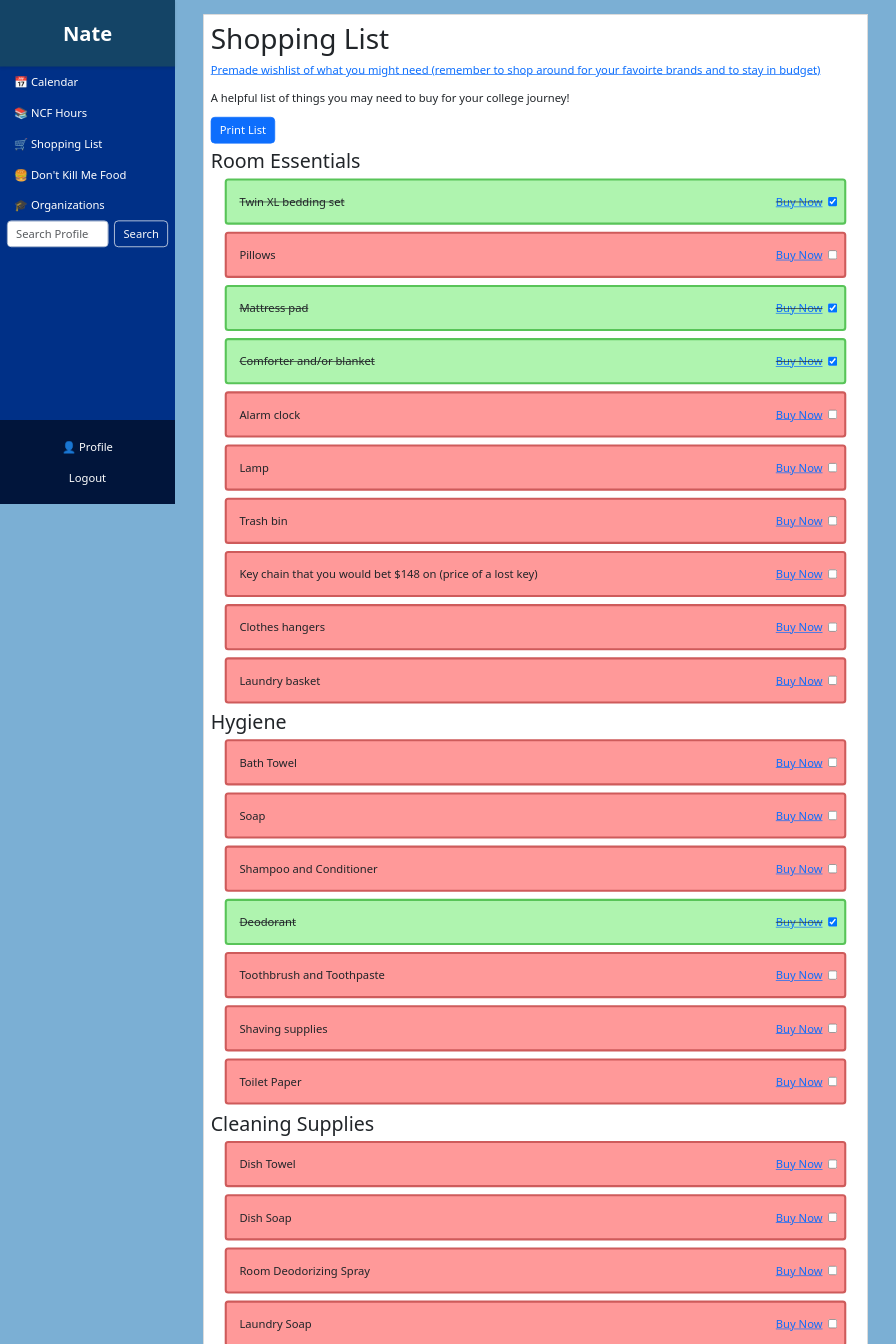
Repository: NateClarkTech/SoftwareEngineeringProject2
Page: http://localhost/shoppinglist/
An editor plug-in stored every save of this project. The page is shown before and after the next save, followed by the edit.
The browser window is 1280 px wide. The pictures show the part of the page from y = 0 to 1920 px (the page is 4421 px tall), at 70% of full size.
The page is served by the project's application, run on Django 5.2 (manage.py). The first stored user is signed in. Other server files are loaded and not shown. The page reads the database file committed with the project.

Above is the page before, as saved 2024-03-12 18:03:30.

### ShoppingList/templates/shoppinglist.html
{% extends 'base.html' %}

{% load static %}

{% block title %}Shopping List{% endblock %}

{% block extendHeader %}
<style>
    .item-box {
        border: 1px solid #ccc;
        padding: 10px;
        margin-bottom: 10px;
        margin-left: 20px;
        margin-right: 20px;
        background-color: white;
    }

    .checked {
        text-decoration: line-through;
        border-color: #58c458;
        border-radius: 5px;
        border-width: 3px;
        background-color: #aff4af;
    }

    .not-checked {
        text-decoration: none;
        border-color: #ce5b5b;
        border-radius: 5px;
        border-width: 3px;
        background-color: #ff9999;
    }
</style>
{% endblock %}

{% block content %}
<div class="align-items-center">
    {% if user.is_authenticated %}
    <div class="item-box">
        <h1>Shopping List</h1>
        <a href="https://www.amazon.com/hz/wishlist/ls/1MYC1SQ5AHTOC?ref_=wl_share" target="_blank">Premade wishlist of what you might need (remember to shop around for your favoirte brands and to stay in budget)</a>
        <p class="pt-3">A helpful list of things you may need to buy for your college journey!</p>
        <button type="button" class="btn btn-primary btn-small mb-2">Print List</button>
        {% for category in itemCategories %}
            <h3>{{ category }}</h3>
            {% for item in shoppingItems %}
                {% if item.category == category %}
                    <div class="item-box d-flex {% if item.checked %}checked{%else%}not-checked{% endif %}">
                        <label for="item-{{ forloop.counter }}" class="flex-grow-1 p-2">{{ item.name }}</label>
                        <a href="{{ item.url }}" target="_blank" class="p-2">Buy Now</a>
                        <input type="checkbox" id="item-{{ forloop.counter }}" class="p-2" {% if item.checked %}checked{% endif %}>
                    </div>
                {% endif %}
            {% endfor %}
        {% endfor %}
    </div>
    {% else %}
    <p>You are not logged in</p>
    {% endif %}
</div>
{% endblock %}

{% block scripts %}
    <script src={% static '/js/shoppinglist.js' %}></script>
{% endblock %}

### ShoppingList/models.py
from django.db import models
from django.contrib.auth.models import User

class ShoppingListCategory(models.Model):
    name = models.CharField(max_length=200)

    def __str__(self):
        return self.name

class ShoppingListItem(models.Model):
    user = models.ForeignKey(User, on_delete=models.CASCADE)
    name = models.CharField(max_length=200)
    category = models.ForeignKey(ShoppingListCategory, on_delete=models.CASCADE)
    url = models.URLField(max_length=200)
    checked = models.BooleanField(default=False)

    def __str__(self):
        return self.user.username + " - " + self.name

### Leaderboard/urls.py
from django.urls import path
from . import views
#https://www.reddit.com/r/django/comments/13hknj7/my_project_doesnt_recognize_the_urls_from_one_of/
urlpatterns = [
    path('', views.checklist, name='checklist'),
    path('checklist/', views.checklist, name='checklist'),
    path('update_checklist/', views.update_checklist, name='update_checklist'),
    path('reset-tasks', views.reset_tasks),
    path('leaderboard/', views.leaderboard_view, name='leaderboard'),

]

### ShoppingList/urls.py
from django.urls import path
from . import views
from django.conf import settings
from django.conf.urls.static import static
from django.contrib.auth import views as auth_views

urlpatterns = [
    path('', views.shoppinglist, name='shoppinglist'),
    path('update_shoppinglist', views.update_shoppinglist, name='update_shoppinglist'),
]

### NovoTaskNinja/urls.py
from django.urls import path
from . import views
from django.conf import settings
from django.conf.urls.static import static
from django.contrib.auth import views as auth_views

urlpatterns = [

    # Backend-Heavy Pages
    path('dontkillmefood/', views.dontkillmefood, name='dontkillmefood'),

    # Frontend-Heavy Pages
    path('calendar', views.calendar, name='calendar'),
    path('ncfhours/', views.ncfhours, name='ncfhours'),
    path('', views.home, name='home'),


] + static(settings.MEDIA_URL, document_root=settings.MEDIA_ROOT)

### db.sqlite3 (the tables this page reads, as SQL)
CREATE TABLE "ShoppingList_shoppinglistcategory" ("id" integer NOT NULL PRIMARY KEY AUTOINCREMENT, "name" varchar(200) NOT NULL);
INSERT INTO "ShoppingList_shoppinglistcategory" VALUES
(1, 'Room Essentials'),
(2, 'Hygiene'),
(3, 'Cleaning Supplies'),
(4, 'Beach Supplies'),
(5, 'School Supplies'),
(6, 'Emergency Preparedness'),
(7, 'Other Items');

CREATE TABLE "ShoppingList_shoppinglistitem" ("id" integer NOT NULL PRIMARY KEY AUTOINCREMENT, "name" varchar(200) NOT NULL, "url" varchar(200) NOT NULL, "checked" bool NOT NULL, "user_id" integer NOT NULL REFERENCES "auth_user" ("id") DEFERRABLE INITIALLY DEFERRED, "category_id" bigint NOT NULL REFERENCES "ShoppingList_shoppinglistcategory" ("id") DEFERRABLE INITIALLY DEFERRED);
INSERT INTO "ShoppingList_shoppinglistitem" VALUES
(1, 'Twin XL bedding set', 'https://www.amazon.com/s?k=twin+xl+sheet+sets', 0, 3, 1),
(2, 'Pillows', 'https://www.amazon.com/s?k=bed+pillow', 0, 3, 1),
(3, 'Mattress pad', 'https://www.amazon.com/s?k=mattress+pad', 0, 3, 1),
(4, 'Comforter and/or blanket', 'https://www.amazon.com/s?k=comforter', 0, 3, 1),
(5, 'Alarm clock', 'https://www.amazon.com/s?k=alarm+clock', 0, 3, 1),
(6, 'Lamp', 'https://www.amazon.com/s?k=lamp', 0, 3, 1),
(7, 'Trash bin', 'https://www.amazon.com/s?k=trash+bin', 0, 3, 1),
(8, 'Key chain that you would bet $148 on (price of a lost key)', 'https://www.amazon.com/s?k=key+chain', 0, 3, 1),
(9, 'Clothes hangers', 'clothes hangers', 0, 3, 1),
(10, 'Laundry basket', 'https://www.amazon.com/s?k=laundry+basket', 0, 3, 1),
(11, 'Bath Towel', 'https://www.amazon.com/s?kbath+towel', 0, 3, 2),
(12, 'Soap', 'https://www.amazon.com/s?k=soap', 0, 3, 2),
(13, 'Shampoo and Conditioner', 'https://www.amazon.com/s?k=shampoo+and+conditioner', 0, 3, 2),
(14, 'Deodorant', 'https://www.amazon.com/s?k=deodorant', 0, 3, 2),
(15, 'Toothbrush and Toothpaste', 'https://www.amazon.com/s?k=toothbrush+and+toothpaste', 0, 3, 2),
(16, 'Shaving supplies', 'https://www.amazon.com/s?k=shaving+supplies', 0, 3, 2),
(17, 'Toilet Paper', 'https://www.amazon.com/s?k=toilet+paper', 0, 3, 2),
(18, 'Dish Towel', 'https://www.amazon.com/s?k=dish+towel', 0, 3, 3),
(19, 'Dish Soap', 'https://www.amazon.com/s?k=dish+soap', 0, 3, 3),
(20, 'Room Deodorizing Spray', 'https://www.amazon.com/s?k=room+deodorizing+spray', 0, 3, 3),
(21, 'Laundry Soap', 'https://www.amazon.com/s?k=laundry+soap', 0, 3, 3),
(22, 'Disinfectant Wipes', 'https://www.amazon.com/s?k=disinfectant+wipes', 0, 3, 3),
(23, 'Lysol Spray', 'https://www.amazon.com/s?k=lysol+spray', 0, 3, 3),
(24, 'Swimsuit', 'https://www.amazon.com/s?k=swimsuit', 0, 3, 4),
(25, 'Beach Towel', 'https://www.amazon.com/s?k=beach+towel', 0, 3, 4),
(26, 'Sunscreen', 'https://www.amazon.com/s?k=sunscreen', 0, 3, 4),
(27, 'Refillable Water Bottle', 'https://www.amazon.com/s?k=refillable+water+bottle', 0, 3, 4),
(28, 'Personal Computer', 'https://www.amazon.com/s?k=personal+computer', 0, 3, 5),
(29, 'Printer', 'https://www.amazon.com/s?k=printer', 0, 3, 5),
(30, 'Printer Paper', 'https://www.amazon.com/s?k=printer+paper', 0, 3, 5),
(31, 'Ethernet Cable', 'https://www.amazon.com/s?k=ethernet+cable', 0, 3, 5),
(32, 'Flash Drive', 'https://www.amazon.com/s?k=flash+drive', 0, 3, 5),
(33, 'Notebooks', 'https://www.amazon.com/s?k=notebooks', 0, 3, 5),
(34, 'Laptop Lock', 'https://www.amazon.com/s?k=laptop+lock', 0, 3, 5),
(35, 'Office Supplies (Poster Putty, Stapler, Push Pins, Pen/Pencils, Envelopes and Stamps)', 'https://www.amazon.com/s?k=office+supplies', 0, 3, 5),
(36, 'Desk Lamp', 'https://www.amazon.com/s?k=desk+lamp', 0, 3, 5),
(37, 'Power Strip with Surge Protector', 'https://www.amazon.com/s?k=power+strip+with+surge+protector', 0, 3, 5),
(38, 'Multi-port USB Charger', 'https://www.amazon.com/s?k=multi-port+usb+charger', 0, 3, 5),
(39, 'Headset', 'https://www.amazon.com/s?k=headset', 0, 3, 5),
(40, 'Flashlight', 'https://www.amazon.com/s?k=flashlight', 0, 3, 6),
(41, 'Batteries', 'https://www.amazon.com/s?k=batteries', 0, 3, 6),
(42, 'First-aid Kit', 'https://www.amazon.com/s?k=first-aid+kit', 0, 3, 6),
(43, 'Fan', 'https://www.amazon.com/s?k=fan', 0, 3, 7),
(44, 'Umbrella', 'https://www.amazon.com/s?k=umbrella', 0, 3, 7),
(45, 'Ear Plugs', 'https://www.amazon.com/s?k=ear+plugs', 0, 3, 7),
(46, 'Small Sewing Kit', 'https://www.amazon.com/s?k=sewing+kit', 0, 3, 7),
(47, 'Small Tool Kit', 'https://www.amazon.com/s?k=tool+kit', 0, 3, 7),
(48, 'Storage Bins', 'https://www.amazon.com/s?k=storage+bins', 0, 3, 7),
(49, 'Dishes and Utensils', 'https://www.amazon.com/s?k=dishes+and+utensils', 0, 3, 7),
(50, 'Camera', 'https://www.amazon.com/s?k=camera', 0, 3, 7),
(51, 'Can Opener', 'https://www.amazon.com/s?k=can+opener', 0, 3, 7),
(52, 'Twin XL bedding set', 'https://www.amazon.com/s?k=twin+xl+sheet+sets', 0, 4, 1),
(53, 'Pillows', 'https://www.amazon.com/s?k=bed+pillow', 0, 4, 1),
(54, 'Mattress pad', 'https://www.amazon.com/s?k=mattress+pad', 0, 4, 1),
(55, 'Comforter and/or blanket', 'https://www.amazon.com/s?k=comforter', 0, 4, 1),
(56, 'Alarm clock', 'https://www.amazon.com/s?k=alarm+clock', 0, 4, 1),
(57, 'Lamp', 'https://www.amazon.com/s?k=lamp', 0, 4, 1),
(58, 'Trash bin', 'https://www.amazon.com/s?k=trash+bin', 0, 4, 1),
(59, 'Key chain that you would bet $148 on (price of a lost key)', 'https://www.amazon.com/s?k=key+chain', 0, 4, 1),
(60, 'Clothes hangers', 'clothes hangers', 0, 4, 1),
(61, 'Laundry basket', 'https://www.amazon.com/s?k=laundry+basket', 0, 4, 1),
(62, 'Bath Towel', 'https://www.amazon.com/s?kbath+towel', 0, 4, 2),
(63, 'Soap', 'https://www.amazon.com/s?k=soap', 0, 4, 2),
(64, 'Shampoo and Conditioner', 'https://www.amazon.com/s?k=shampoo+and+conditioner', 0, 4, 2),
(65, 'Deodorant', 'https://www.amazon.com/s?k=deodorant', 0, 4, 2),
(66, 'Toothbrush and Toothpaste', 'https://www.amazon.com/s?k=toothbrush+and+toothpaste', 0, 4, 2),
(67, 'Shaving supplies', 'https://www.amazon.com/s?k=shaving+supplies', 0, 4, 2),
(68, 'Toilet Paper', 'https://www.amazon.com/s?k=toilet+paper', 0, 4, 2),
(69, 'Dish Towel', 'https://www.amazon.com/s?k=dish+towel', 0, 4, 3),
(70, 'Dish Soap', 'https://www.amazon.com/s?k=dish+soap', 0, 4, 3),
(71, 'Room Deodorizing Spray', 'https://www.amazon.com/s?k=room+deodorizing+spray', 0, 4, 3),
(72, 'Laundry Soap', 'https://www.amazon.com/s?k=laundry+soap', 0, 4, 3),
(73, 'Disinfectant Wipes', 'https://www.amazon.com/s?k=disinfectant+wipes', 0, 4, 3),
(74, 'Lysol Spray', 'https://www.amazon.com/s?k=lysol+spray', 0, 4, 3),
(75, 'Swimsuit', 'https://www.amazon.com/s?k=swimsuit', 0, 4, 4),
(76, 'Beach Towel', 'https://www.amazon.com/s?k=beach+towel', 0, 4, 4),
(77, 'Sunscreen', 'https://www.amazon.com/s?k=sunscreen', 0, 4, 4),
(78, 'Refillable Water Bottle', 'https://www.amazon.com/s?k=refillable+water+bottle', 0, 4, 4),
(79, 'Personal Computer', 'https://www.amazon.com/s?k=personal+computer', 0, 4, 5),
(80, 'Printer', 'https://www.amazon.com/s?k=printer', 0, 4, 5),
(81, 'Printer Paper', 'https://www.amazon.com/s?k=printer+paper', 0, 4, 5),
(82, 'Ethernet Cable', 'https://www.amazon.com/s?k=ethernet+cable', 0, 4, 5),
(83, 'Flash Drive', 'https://www.amazon.com/s?k=flash+drive', 0, 4, 5),
(84, 'Notebooks', 'https://www.amazon.com/s?k=notebooks', 0, 4, 5),
(85, 'Laptop Lock', 'https://www.amazon.com/s?k=laptop+lock', 0, 4, 5),
(86, 'Office Supplies (Poster Putty, Stapler, Push Pins, Pen/Pencils, Envelopes and Stamps)', 'https://www.amazon.com/s?k=office+supplies', 0, 4, 5),
(87, 'Desk Lamp', 'https://www.amazon.com/s?k=desk+lamp', 0, 4, 5),
(88, 'Power Strip with Surge Protector', 'https://www.amazon.com/s?k=power+strip+with+surge+protector', 0, 4, 5),
(89, 'Multi-port USB Charger', 'https://www.amazon.com/s?k=multi-port+usb+charger', 0, 4, 5),
(90, 'Headset', 'https://www.amazon.com/s?k=headset', 0, 4, 5),
(91, 'Flashlight', 'https://www.amazon.com/s?k=flashlight', 0, 4, 6),
(92, 'Batteries', 'https://www.amazon.com/s?k=batteries', 0, 4, 6),
(93, 'First-aid Kit', 'https://www.amazon.com/s?k=first-aid+kit', 0, 4, 6),
(94, 'Fan', 'https://www.amazon.com/s?k=fan', 0, 4, 7),
(95, 'Umbrella', 'https://www.amazon.com/s?k=umbrella', 0, 4, 7),
(96, 'Ear Plugs', 'https://www.amazon.com/s?k=ear+plugs', 0, 4, 7),
(97, 'Small Sewing Kit', 'https://www.amazon.com/s?k=sewing+kit', 0, 4, 7),
(98, 'Small Tool Kit', 'https://www.amazon.com/s?k=tool+kit', 0, 4, 7),
(99, 'Storage Bins', 'https://www.amazon.com/s?k=storage+bins', 0, 4, 7),
(100, 'Dishes and Utensils', 'https://www.amazon.com/s?k=dishes+and+utensils', 0, 4, 7),
(101, 'Camera', 'https://www.amazon.com/s?k=camera', 0, 4, 7),
(102, 'Can Opener', 'https://www.amazon.com/s?k=can+opener', 0, 4, 7),
(103, 'Twin XL bedding set', 'https://www.amazon.com/s?k=twin+xl+sheet+sets', 0, 2, 1),
(104, 'Pillows', 'https://www.amazon.com/s?k=bed+pillow', 0, 2, 1),
(105, 'Mattress pad', 'https://www.amazon.com/s?k=mattress+pad', 0, 2, 1),
(106, 'Comforter and/or blanket', 'https://www.amazon.com/s?k=comforter', 0, 2, 1),
(107, 'Alarm clock', 'https://www.amazon.com/s?k=alarm+clock', 0, 2, 1),
(108, 'Lamp', 'https://www.amazon.com/s?k=lamp', 0, 2, 1),
(109, 'Trash bin', 'https://www.amazon.com/s?k=trash+bin', 0, 2, 1),
(110, 'Key chain that you would bet $148 on (price of a lost key)', 'https://www.amazon.com/s?k=key+chain', 0, 2, 1),
(111, 'Clothes hangers', 'https://www.amazon.com/s?k=clothes+hangers', 0, 2, 1),
(112, 'Laundry basket', 'https://www.amazon.com/s?k=laundry+basket', 0, 2, 1),
(113, 'Bath Towel', 'https://www.amazon.com/s?k=bath+towels', 0, 2, 2),
(114, 'Soap', 'https://www.amazon.com/s?k=soap', 0, 2, 2),
(115, 'Shampoo and Conditioner', 'https://www.amazon.com/s?k=shampoo+and+conditioner', 0, 2, 2),
(116, 'Deodorant', 'https://www.amazon.com/s?k=deodorant', 0, 2, 2),
(117, 'Toothbrush and Toothpaste', 'https://www.amazon.com/s?k=toothbrush+and+toothpaste', 0, 2, 2),
(118, 'Shaving supplies', 'https://www.amazon.com/s?k=shaving+supplies', 0, 2, 2),
(119, 'Toilet Paper', 'https://www.amazon.com/s?k=toilet+paper', 0, 2, 2),
(120, 'Dish Towel', 'https://www.amazon.com/s?k=dish+towel', 0, 2, 3),
(121, 'Dish Soap', 'https://www.amazon.com/s?k=dish+soap', 0, 2, 3),
(122, 'Room Deodorizing Spray', 'https://www.amazon.com/s?k=room+deodorizing+spray', 0, 2, 3),
(123, 'Laundry Soap', 'https://www.amazon.com/s?k=laundry+soap', 0, 2, 3),
(124, 'Disinfectant Wipes', 'https://www.amazon.com/s?k=disinfectant+wipes', 0, 2, 3),
(125, 'Lysol Spray', 'https://www.amazon.com/s?k=lysol+spray', 0, 2, 3),
(126, 'Swimsuit', 'https://www.amazon.com/s?k=swimsuit', 0, 2, 4),
(127, 'Beach Towel', 'https://www.amazon.com/s?k=beach+towel', 0, 2, 4),
(128, 'Sunscreen', 'https://www.amazon.com/s?k=sunscreen', 0, 2, 4),
(129, 'Refillable Water Bottle', 'https://www.amazon.com/s?k=refillable+water+bottle', 0, 2, 4),
(130, 'Personal Computer', 'https://www.amazon.com/s?k=personal+computer', 0, 2, 5),
(131, 'Printer', 'https://www.amazon.com/s?k=printer', 0, 2, 5),
(132, 'Printer Paper', 'https://www.amazon.com/s?k=printer+paper', 0, 2, 5),
(133, 'Ethernet Cable', 'https://www.amazon.com/s?k=ethernet+cable', 0, 2, 5),
(134, 'Flash Drive', 'https://www.amazon.com/s?k=flash+drive', 0, 2, 5),
(135, 'Notebooks', 'https://www.amazon.com/s?k=notebooks', 0, 2, 5),
(136, 'Laptop Lock', 'https://www.amazon.com/s?k=laptop+lock', 0, 2, 5),
(137, 'Office Supplies (Poster Putty, Stapler, Push Pins, Pen/Pencils, Envelopes and Stamps)', 'https://www.amazon.com/s?k=office+supplies', 0, 2, 5),
(138, 'Desk Lamp', 'https://www.amazon.com/s?k=desk+lamp', 0, 2, 5),
(139, 'Power Strip with Surge Protector', 'https://www.amazon.com/s?k=power+strip+with+surge+protector', 0, 2, 5),
(140, 'Multi-port USB Charger', 'https://www.amazon.com/s?k=multi-port+usb+charger', 0, 2, 5),
(141, 'Headset', 'https://www.amazon.com/s?k=headset', 0, 2, 5),
(142, 'Flashlight', 'https://www.amazon.com/s?k=flashlight', 0, 2, 6),
(143, 'Batteries', 'https://www.amazon.com/s?k=batteries', 0, 2, 6),
(144, 'First-aid Kit', 'https://www.amazon.com/s?k=first-aid+kit', 0, 2, 6),
(145, 'Fan', 'https://www.amazon.com/s?k=fan', 0, 2, 7),
(146, 'Umbrella', 'https://www.amazon.com/s?k=umbrella', 0, 2, 7),
(147, 'Ear Plugs', 'https://www.amazon.com/s?k=ear+plugs', 0, 2, 7),
(148, 'Small Sewing Kit', 'https://www.amazon.com/s?k=sewing+kit', 0, 2, 7),
(149, 'Small Tool Kit', 'https://www.amazon.com/s?k=tool+kit', 0, 2, 7),
(150, 'Storage Bins', 'https://www.amazon.com/s?k=storage+bins', 0, 2, 7),
(151, 'Dishes and Utensils', 'https://www.amazon.com/s?k=dishes+and+utensils', 0, 2, 7),
(152, 'Camera', 'https://www.amazon.com/s?k=camera', 0, 2, 7),
(153, 'Can Opener', 'https://www.amazon.com/s?k=can+opener', 0, 2, 7),
(154, 'Twin XL bedding set', 'https://www.amazon.com/s?k=twin+xl+sheet+sets', 1, 1, 1),
(155, 'Pillows', 'https://www.amazon.com/s?k=bed+pillow', 0, 1, 1),
(156, 'Mattress pad', 'https://www.amazon.com/s?k=mattress+pad', 1, 1, 1),
(157, 'Comforter and/or blanket', 'https://www.amazon.com/s?k=comforter', 1, 1, 1),
(158, 'Alarm clock', 'https://www.amazon.com/s?k=alarm+clock', 0, 1, 1),
(159, 'Lamp', 'https://www.amazon.com/s?k=lamp', 0, 1, 1),
(160, 'Trash bin', 'https://www.amazon.com/s?k=trash+bin', 0, 1, 1),
(161, 'Key chain that you would bet $148 on (price of a lost key)', 'https://www.amazon.com/s?k=key+chain', 0, 1, 1),
(162, 'Clothes hangers', 'https://www.amazon.com/s?k=clothes+hangers', 0, 1, 1),
(163, 'Laundry basket', 'https://www.amazon.com/s?k=laundry+basket', 0, 1, 1),
(164, 'Bath Towel', 'https://www.amazon.com/s?k=bath+towels', 0, 1, 2),
(165, 'Soap', 'https://www.amazon.com/s?k=soap', 0, 1, 2),
(166, 'Shampoo and Conditioner', 'https://www.amazon.com/s?k=shampoo+and+conditioner', 0, 1, 2),
(167, 'Deodorant', 'https://www.amazon.com/s?k=deodorant', 1, 1, 2),
(168, 'Toothbrush and Toothpaste', 'https://www.amazon.com/s?k=toothbrush+and+toothpaste', 0, 1, 2),
(169, 'Shaving supplies', 'https://www.amazon.com/s?k=shaving+supplies', 0, 1, 2),
(170, 'Toilet Paper', 'https://www.amazon.com/s?k=toilet+paper', 0, 1, 2),
(171, 'Dish Towel', 'https://www.amazon.com/s?k=dish+towel', 0, 1, 3),
(172, 'Dish Soap', 'https://www.amazon.com/s?k=dish+soap', 0, 1, 3),
(173, 'Room Deodorizing Spray', 'https://www.amazon.com/s?k=room+deodorizing+spray', 0, 1, 3),
(174, 'Laundry Soap', 'https://www.amazon.com/s?k=laundry+soap', 0, 1, 3),
(175, 'Disinfectant Wipes', 'https://www.amazon.com/s?k=disinfectant+wipes', 0, 1, 3),
(176, 'Lysol Spray', 'https://www.amazon.com/s?k=lysol+spray', 0, 1, 3),
(177, 'Swimsuit', 'https://www.amazon.com/s?k=swimsuit', 0, 1, 4),
(178, 'Beach Towel', 'https://www.amazon.com/s?k=beach+towel', 0, 1, 4),
(179, 'Sunscreen', 'https://www.amazon.com/s?k=sunscreen', 0, 1, 4),
(180, 'Refillable Water Bottle', 'https://www.amazon.com/s?k=refillable+water+bottle', 0, 1, 4),
(181, 'Personal Computer', 'https://www.amazon.com/s?k=personal+computer', 0, 1, 5),
(182, 'Printer', 'https://www.amazon.com/s?k=printer', 0, 1, 5),
(183, 'Printer Paper', 'https://www.amazon.com/s?k=printer+paper', 0, 1, 5),
(184, 'Ethernet Cable', 'https://www.amazon.com/s?k=ethernet+cable', 0, 1, 5),
(185, 'Flash Drive', 'https://www.amazon.com/s?k=flash+drive', 0, 1, 5),
(186, 'Notebooks', 'https://www.amazon.com/s?k=notebooks', 0, 1, 5),
(187, 'Laptop Lock', 'https://www.amazon.com/s?k=laptop+lock', 0, 1, 5),
(188, 'Office Supplies (Poster Putty, Stapler, Push Pins, Pen/Pencils, Envelopes and Stamps)', 'https://www.amazon.com/s?k=office+supplies', 0, 1, 5),
(189, 'Desk Lamp', 'https://www.amazon.com/s?k=desk+lamp', 0, 1, 5),
(190, 'Power Strip with Surge Protector', 'https://www.amazon.com/s?k=power+strip+with+surge+protector', 0, 1, 5),
(191, 'Multi-port USB Charger', 'https://www.amazon.com/s?k=multi-port+usb+charger', 0, 1, 5),
(192, 'Headset', 'https://www.amazon.com/s?k=headset', 0, 1, 5),
(193, 'Flashlight', 'https://www.amazon.com/s?k=flashlight', 0, 1, 6),
(194, 'Batteries', 'https://www.amazon.com/s?k=batteries', 0, 1, 6),
(195, 'First-aid Kit', 'https://www.amazon.com/s?k=first-aid+kit', 0, 1, 6),
(196, 'Fan', 'https://www.amazon.com/s?k=fan', 0, 1, 7),
(197, 'Umbrella', 'https://www.amazon.com/s?k=umbrella', 0, 1, 7),
(198, 'Ear Plugs', 'https://www.amazon.com/s?k=ear+plugs', 0, 1, 7),
(199, 'Small Sewing Kit', 'https://www.amazon.com/s?k=sewing+kit', 0, 1, 7),
(200, 'Small Tool Kit', 'https://www.amazon.com/s?k=tool+kit', 0, 1, 7),
(201, 'Storage Bins', 'https://www.amazon.com/s?k=storage+bins', 0, 1, 7),
(202, 'Dishes and Utensils', 'https://www.amazon.com/s?k=dishes+and+utensils', 0, 1, 7),
(203, 'Camera', 'https://www.amazon.com/s?k=camera', 0, 1, 7),
(204, 'Can Opener', 'https://www.amazon.com/s?k=can+opener', 0, 1, 7);

CREATE TABLE "auth_user" ("id" integer NOT NULL PRIMARY KEY AUTOINCREMENT, "password" varchar(128) NOT NULL, "last_login" datetime NULL, "is_superuser" bool NOT NULL, "username" varchar(150) NOT NULL UNIQUE, "last_name" varchar(150) NOT NULL, "email" varchar(254) NOT NULL, "is_staff" bool NOT NULL, "is_active" bool NOT NULL, "date_joined" datetime NOT NULL, "first_name" varchar(150) NOT NULL);
INSERT INTO "auth_user" VALUES
(1, 'pbkdf2_sha256$720000$voXDfFPGW35Vj4HBNrXH6O$81VbTivkDmHTHyrO0enerEqBO5Y1jna5vWEizOy2neM=', '2024-03-12 19:50:57.516190', 0, 'Nate', '', '', 0, 1, '2024-03-10 17:59:04.381654', ''),
(2, 'pbkdf2_sha256$720000$6xx2oJHi4sTw9UGfKxI1Vr$hTFa86Txj4tm4MMlh+gyYzNVMNkcrilSLcoieOe8rZ0=', '2024-03-12 19:31:30.492896', 1, 'admin', '', '', 1, 1, '2024-03-10 17:59:37.223655', ''),
(3, 'pbkdf2_sha256$720000$CYfsySN9KJ3kKCFa7FcOyu$1SpWWJdIaEb00rFZobW7XtaDRaXiSxJRIjAVbF6ooGU=', '2024-03-12 15:52:11.849871', 0, 'NotNate', '', '', 0, 1, '2024-03-10 21:43:19.463536', ''),
(4, 'pbkdf2_sha256$720000$yQsW3wlpSp5GMrkLKbaAMK$XEmvrkUnHV2qiy/8O9pIhwGZvYNqFGRgejnn5yn4QFM=', '2024-03-11 00:26:01.990320', 0, 'Username', '', '', 0, 1, '2024-03-11 00:26:01.476318', '');

Loaded but not shown: ShoppingList/static/js/shoppinglist.js (67 lines, source omitted); NovoTaskNinja/templates/navbar.html (248 lines, source omitted); ShoppingList/views.py (113 lines, source omitted); static/css/base/base.css (123 lines, source omitted); NovoTaskNinja/templates/base.html (49 lines, source omitted); SEProject2/urls.py (30 lines, source omitted); Profile/urls.py (26 lines, source omitted)

After the next save:
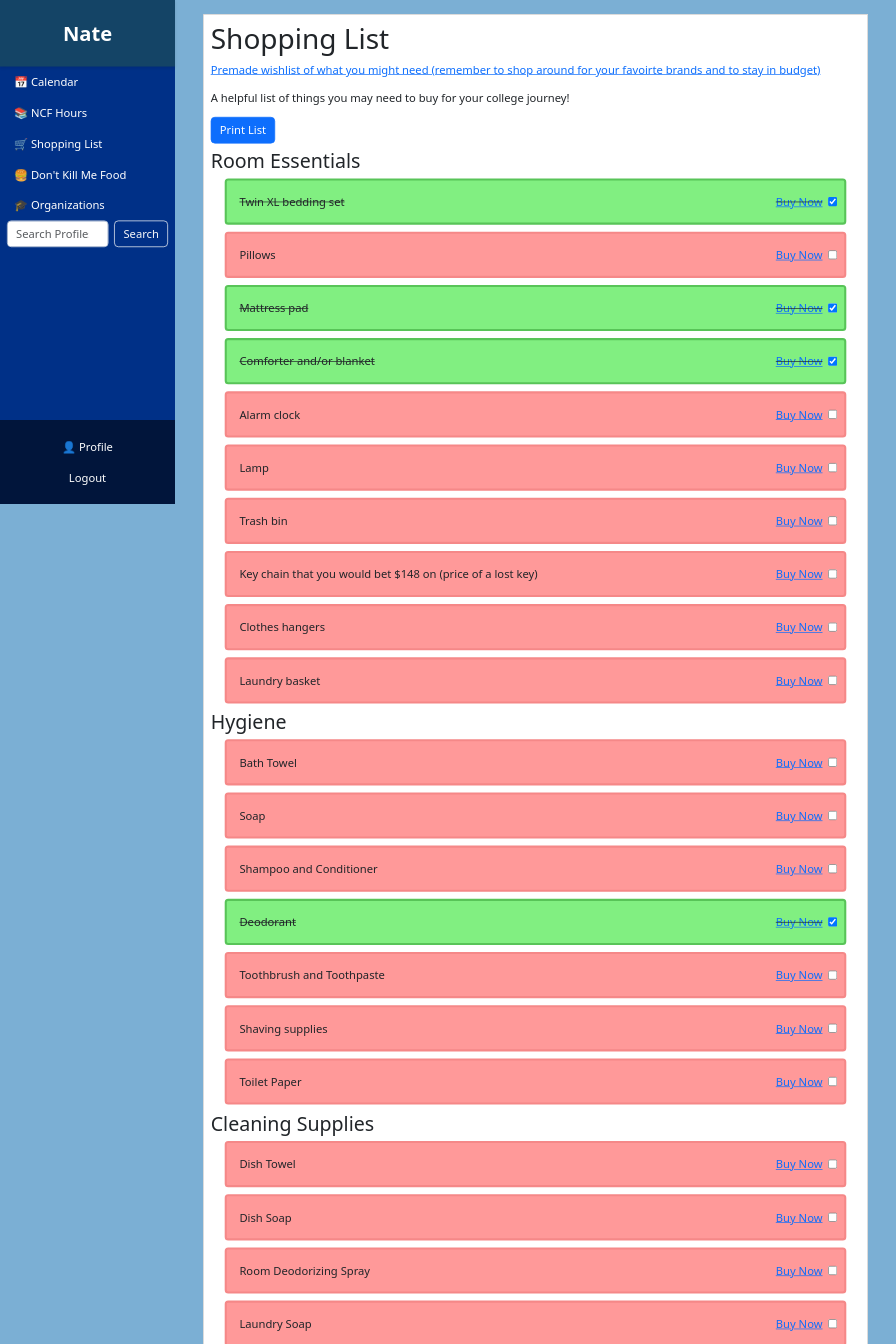
Saved 4 s later.
--- a/ShoppingList/templates/shoppinglist.html
+++ b/ShoppingList/templates/shoppinglist.html
@@ -20,12 +20,12 @@
         border-color: #58c458;
         border-radius: 5px;
         border-width: 3px;
-        background-color: #aff4af;
+        background-color: #81ef81;
     }
 
     .not-checked {
         text-decoration: none;
-        border-color: #ce5b5b;
+        border-color: #f58888;
         border-radius: 5px;
         border-width: 3px;
         background-color: #ff9999;
